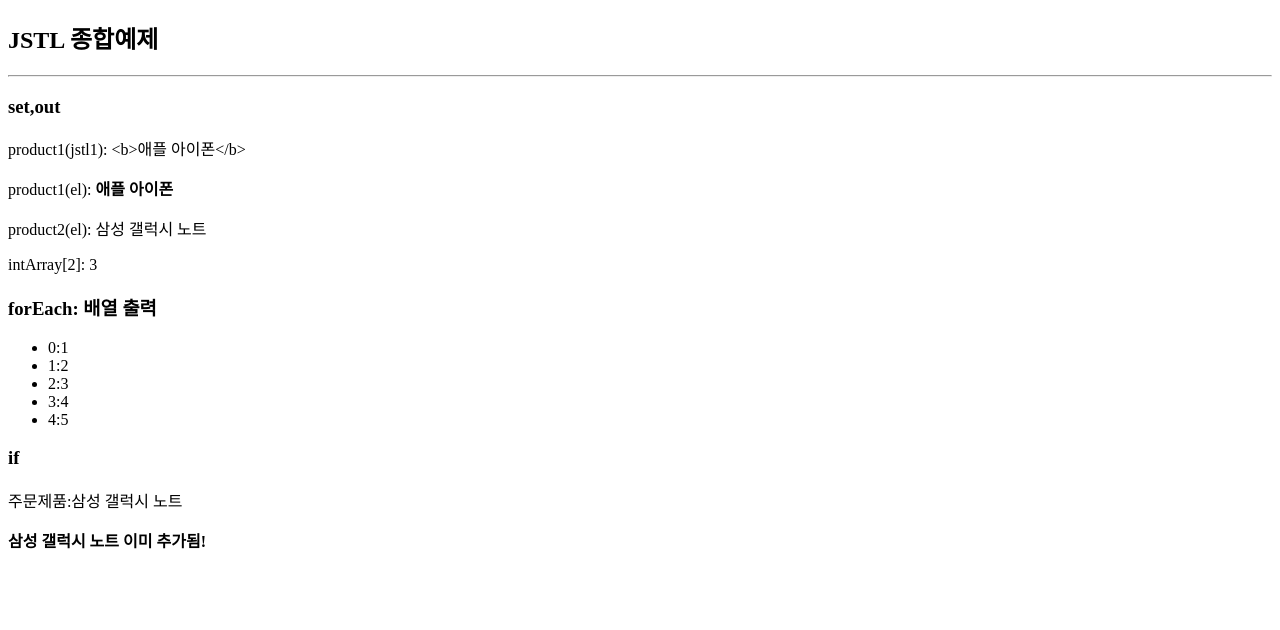
Repository: heezzanggg/JSPWebProgramming
Page: http://localhost/jwbook/ch07/jstlExam.jsp
The author's editor kept a copy of each file at every save. The page is drawn from the files as they stood at one save, then again after the next save.
The browser window is 1280 px wide. The pictures show the whole page.
The page is served by Tomcat 9.

Above is the page before, as saved 2023-03-27 18:29:22.

After the next save:
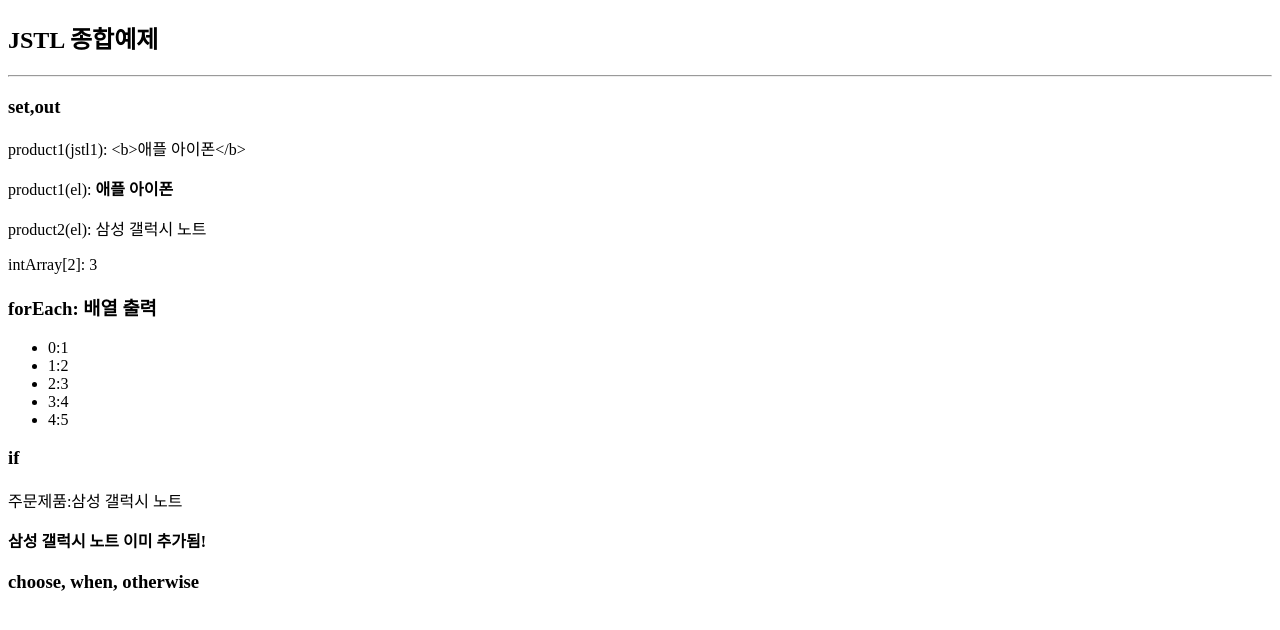
Saved 11 s later.
--- a/JSPWebProgramming/jwbook/src/main/webapp/ch07/jstlExam.jsp
+++ b/JSPWebProgramming/jwbook/src/main/webapp/ch07/jstlExam.jsp
@@ -48,6 +48,7 @@
 	</c:if>
 
 	<!-- choose,when,otherwise -->
+	<h3>choose, when, otherwise</h3>
 
 </body>
 </html>
